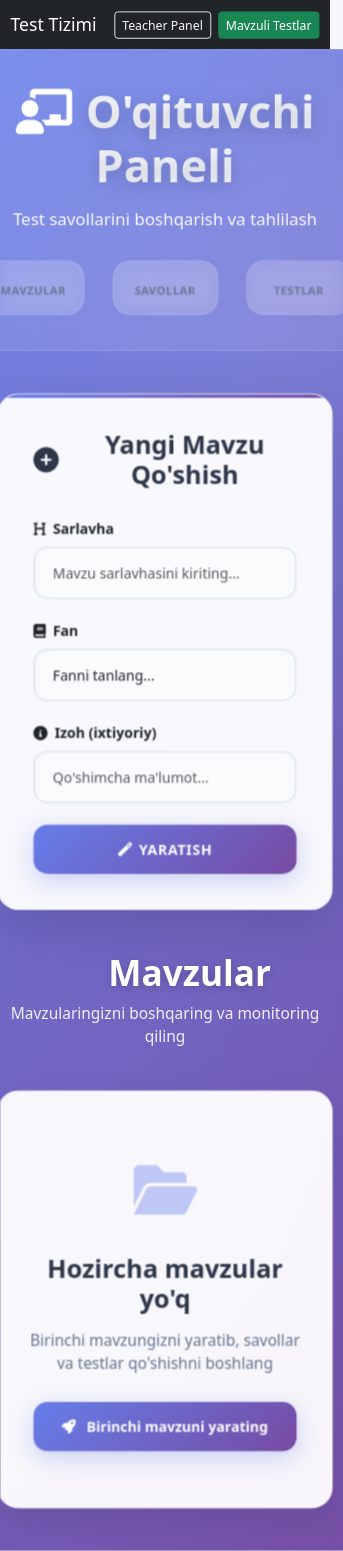
Repository: Shaxobiddin-Github/KatDPI_test
Page: backend/main/templates/topic_panel/dashboard.html
An editor plug-in stored every save of this project. The page is shown before and after the next save, followed by the edit.
The browser window is 375 px wide. The page is 390 px wide, so the pictures cover 390 px, including what lies to the right of the window. The pictures show the whole page, at 88% of full size.
The template is drawn by Django 5.2. The application's start-up code is not run. Other server files are loaded and not shown. The template is opened directly, without the code that normally fills it, so the values that code supplies are empty.

Above is the page before, as saved 2025-09-26 16:12:24.

### backend/main/templates/topic_panel/dashboard.html
{% extends 'base.html' %}
{% load static %}
{% block head_extra %}
<style>
  .teacher-dashboard {
    background: linear-gradient(135deg, #667eea 0%, #764ba2 100%);
    min-height: 100vh;
    margin: -1.5rem -15px 0 -15px;
    padding: 0;
    position: relative;
    overflow-x: hidden;
  }

  .teacher-dashboard::before {
    content: '';
    position: absolute;
    top: 0;
    left: 0;
    right: 0;
    bottom: 0;
    background:
      radial-gradient(circle at 20% 80%, rgba(120, 119, 198, 0.3) 0%, transparent 50%),
      radial-gradient(circle at 80% 20%, rgba(255, 255, 255, 0.1) 0%, transparent 50%),
      radial-gradient(circle at 40% 40%, rgba(120, 119, 198, 0.2) 0%, transparent 50%);
    pointer-events: none;
  }

  .dashboard-header {
    background: rgba(255, 255, 255, 0.1);
    backdrop-filter: blur(20px);
    border-bottom: 1px solid rgba(255, 255, 255, 0.2);
    padding: 2.5rem 0;
    color: white;
    position: relative;
    z-index: 1;
  }

  .dashboard-title {
    font-size: 3.2rem;
    font-weight: 800;
    text-align: center;
    margin-bottom: 1rem;
    text-shadow: 0 4px 20px rgba(0,0,0,0.2);
    background: linear-gradient(135deg, #ffffff 0%, #f0f4ff 100%);
    -webkit-background-clip: text;
    -webkit-text-fill-color: transparent;
    background-clip: text;
  }

  .dashboard-subtitle {
    text-align: center;
    font-size: 1.2rem;
    opacity: 0.95;
    font-weight: 400;
    margin-bottom: 1.5rem;
  }

  .dashboard-stats {
    display: flex;
    justify-content: center;
    gap: 2rem;
    margin-top: 2rem;
  }

  .stat-item {
    text-align: center;
    background: rgba(255, 255, 255, 0.15);
    padding: 1rem 1.5rem;
    border-radius: 20px;
    backdrop-filter: blur(10px);
    border: 1px solid rgba(255, 255, 255, 0.2);
    min-width: 120px;
  }

  .stat-number {
    font-size: 2rem;
    font-weight: 700;
    display: block;
    margin-bottom: 0.25rem;
  }

  .stat-label {
    font-size: 0.9rem;
    opacity: 0.9;
  }
  .main-content {
    padding: 3rem 0;
    position: relative;
    z-index: 1;
  }

  .create-form-card {
    background: rgba(255, 255, 255, 0.95);
    backdrop-filter: blur(20px);
    border-radius: 24px;
    padding: 2.5rem;
    margin-bottom: 3rem;
    box-shadow: 0 20px 60px rgba(0, 0, 0, 0.15);
    border: 1px solid rgba(255, 255, 255, 0.3);
    position: relative;
    overflow: hidden;
  }

  .create-form-card::before {
    content: '';
    position: absolute;
    top: 0;
    left: 0;
    right: 0;
    height: 4px;
    background: linear-gradient(135deg, #667eea 0%, #764ba2 100%);
  }

  .form-title {
    font-size: 1.8rem;
    font-weight: 700;
    color: #2d3748;
    margin-bottom: 2rem;
    display: flex;
    align-items: center;
    gap: 1rem;
    text-align: center;
    justify-content: center;
  }

  .form-control-modern {
    border: 2px solid #e2e8f0;
    border-radius: 16px;
    padding: 1rem 1.25rem;
    font-size: 1rem;
    transition: all 0.3s ease;
    background: rgba(248, 250, 252, 0.8);
    backdrop-filter: blur(10px);
  }

  .form-control-modern:focus {
    border-color: #667eea;
    box-shadow: 0 0 0 4px rgba(102, 126, 234, 0.15);
    background: rgba(255, 255, 255, 0.95);
    outline: none;
    transform: translateY(-1px);
  }

  .btn-create {
    background: linear-gradient(135deg, #667eea, #764ba2);
    border: none;
    border-radius: 16px;
    padding: 1rem 2rem;
    color: white;
    font-weight: 700;
    transition: all 0.3s ease;
    text-transform: uppercase;
    letter-spacing: 0.8px;
    box-shadow: 0 8px 25px rgba(102, 126, 234, 0.3);
  }

  .btn-create:hover {
    transform: translateY(-3px);
    box-shadow: 0 12px 35px rgba(102, 126, 234, 0.5);
    color: white;
  }

  .btn-create:active {
    transform: translateY(-1px);
  }
  .topics-section {
    position: relative;
  }

  .section-header {
    text-align: center;
    margin-bottom: 3rem;
  }

  .section-title {
    font-size: 2.5rem;
    font-weight: 700;
    color: white;
    margin-bottom: 0.5rem;
    text-shadow: 0 2px 10px rgba(0,0,0,0.2);
  }

  .section-subtitle {
    font-size: 1.1rem;
    color: rgba(255, 255, 255, 0.9);
    font-weight: 300;
  }

  .topics-grid {
    display: grid;
    grid-template-columns: repeat(auto-fill, minmax(350px, 1fr));
    gap: 2rem;
    margin-bottom: 3rem;
  }

  .topic-card {
    background: rgba(255, 255, 255, 0.95);
    backdrop-filter: blur(20px);
    border-radius: 24px;
    padding: 2rem;
    border: 1px solid rgba(255, 255, 255, 0.3);
    box-shadow: 0 15px 40px rgba(0, 0, 0, 0.1);
    transition: all 0.4s cubic-bezier(0.175, 0.885, 0.32, 1.275);
    position: relative;
    overflow: hidden;
  }

  .topic-card::before {
    content: '';
    position: absolute;
    top: 0;
    left: 0;
    right: 0;
    height: 4px;
    background: linear-gradient(135deg, #667eea 0%, #764ba2 100%);
    transform: scaleX(0);
    transition: transform 0.3s ease;
  }

  .topic-card:hover {
    transform: translateY(-8px) scale(1.02);
    box-shadow: 0 25px 60px rgba(0, 0, 0, 0.2);
  }

  .topic-card:hover::before {
    transform: scaleX(1);
  }

  .topic-header {
    display: flex;
    align-items: center;
    justify-content: space-between;
    margin-bottom: 1.5rem;
  }

  .topic-id {
    background: linear-gradient(135deg, #667eea, #764ba2);
    color: white;
    padding: 0.5rem 1rem;
    border-radius: 20px;
    font-weight: 700;
    font-size: 0.9rem;
    min-width: 50px;
    text-align: center;
    box-shadow: 0 4px 15px rgba(102, 126, 234, 0.3);
  }

  .topic-subject {
    background: rgba(102, 126, 234, 0.1);
    color: #667eea;
    padding: 0.4rem 1rem;
    border-radius: 15px;
    font-size: 0.85rem;
    font-weight: 600;
  }

  .topic-title {
    font-size: 1.4rem;
    font-weight: 700;
    color: #2d3748;
    margin-bottom: 1rem;
    line-height: 1.3;
  }

  .topic-title a {
    color: inherit;
    text-decoration: none;
    transition: color 0.3s ease;
  }

  .topic-title a:hover {
    color: #667eea;
  }

  .topic-description {
    color: #64748b;
    font-size: 0.95rem;
    line-height: 1.5;
    margin-bottom: 1.5rem;
  }

  .topic-stats {
    display: grid;
    grid-template-columns: repeat(3, 1fr);
    gap: 1rem;
    margin-bottom: 1.5rem;
  }

  .stat-item-card {
    background: rgba(248, 250, 252, 0.8);
    border: 1px solid rgba(226, 232, 240, 0.5);
    border-radius: 12px;
    padding: 1rem;
    text-align: center;
    transition: all 0.3s ease;
  }

  .stat-item-card:hover {
    background: rgba(102, 126, 234, 0.05);
    border-color: rgba(102, 126, 234, 0.2);
    transform: translateY(-2px);
  }

  .stat-number {
    font-size: 1.5rem;
    font-weight: 700;
    color: #2d3748;
    display: block;
    margin-bottom: 0.25rem;
  }

  .stat-label {
    font-size: 0.8rem;
    color: #64748b;
    text-transform: uppercase;
    letter-spacing: 0.5px;
    font-weight: 600;
  }

  .topic-actions {
    display: flex;
    gap: 0.75rem;
  }

  .action-btn {
    flex: 1;
    padding: 0.75rem 1rem;
    border: none;
    border-radius: 12px;
    font-weight: 600;
    font-size: 0.9rem;
    text-decoration: none;
    text-align: center;
    transition: all 0.3s ease;
    display: flex;
    align-items: center;
    justify-content: center;
    gap: 0.5rem;
  }

  .btn-manage {
    background: linear-gradient(135deg, #667eea, #764ba2);
    color: white;
    box-shadow: 0 4px 15px rgba(102, 126, 234, 0.3);
  }

  .btn-manage:hover {
    transform: translateY(-2px);
    box-shadow: 0 6px 20px rgba(102, 126, 234, 0.5);
    color: white;
  }

  .btn-stats {
    background: rgba(16, 185, 129, 0.1);
    color: #10b981;
    border: 1px solid rgba(16, 185, 129, 0.2);
  }

  .btn-stats:hover {
    background: rgba(16, 185, 129, 0.15);
    transform: translateY(-2px);
    color: #059669;
  }

  .video-indicator {
    position: absolute;
    top: 1rem;
    right: 1rem;
    width: 12px;
    height: 12px;
    border-radius: 50%;
    box-shadow: 0 2px 8px rgba(0,0,0,0.2);
  }

  .video-yes {
    background: #10b981;
  }

  .video-no {
    background: #ef4444;
  }
  .empty-state {
    text-align: center;
    padding: 4rem 2rem;
    background: rgba(255, 255, 255, 0.95);
    backdrop-filter: blur(20px);
    border-radius: 24px;
    border: 1px solid rgba(255, 255, 255, 0.3);
    box-shadow: 0 15px 40px rgba(0, 0, 0, 0.1);
  }

  .empty-icon {
    font-size: 4rem;
    margin-bottom: 1.5rem;
    color: rgba(102, 126, 234, 0.4);
  }

  .empty-title {
    font-size: 1.8rem;
    font-weight: 700;
    margin-bottom: 1rem;
    color: #2d3748;
  }

  .empty-description {
    font-size: 1.1rem;
    color: #64748b;
    margin-bottom: 2rem;
  }

  .btn-get-started {
    background: linear-gradient(135deg, #667eea, #764ba2);
    color: white;
    padding: 1rem 2rem;
    border: none;
    border-radius: 16px;
    font-weight: 700;
    font-size: 1rem;
    text-decoration: none;
    display: inline-flex;
    align-items: center;
    gap: 0.75rem;
    transition: all 0.3s ease;
    box-shadow: 0 8px 25px rgba(102, 126, 234, 0.3);
  }

  .btn-get-started:hover {
    transform: translateY(-3px);
    box-shadow: 0 12px 35px rgba(102, 126, 234, 0.5);
    color: white;
  }
  /* Animation styles */
  .fade-in {
    animation: fadeIn 0.6s ease-out;
  }

  .slide-up {
    animation: slideUp 0.6s ease-out;
  }

  .stagger-animation {
    animation: slideUp 0.6s ease-out;
  }

  @keyframes fadeIn {
    from { opacity: 0; }
    to { opacity: 1; }
  }

  @keyframes slideUp {
    from {
      opacity: 0;
      transform: translateY(30px);
    }
    to {
      opacity: 1;
      transform: translateY(0);
    }
  }
  .loading-overlay {
    position: fixed;
    top: 0;
    left: 0;
    right: 0;
    bottom: 0;
    background: rgba(255, 255, 255, 0.9);
    display: flex;
    align-items: center;
    justify-content: center;
    z-index: 9999;
    opacity: 0;
    visibility: hidden;
    transition: all 0.3s ease;
  }
  .loading-overlay.show {
    opacity: 1;
    visibility: visible;
  }
  .spinner {
    width: 50px;
    height: 50px;
    border: 4px solid #e2e8f0;
    border-left: 4px solid #667eea;
    border-radius: 50%;
    animation: spin 1s linear infinite;
  }
  @keyframes spin {
    to { transform: rotate(360deg); }
  }
  .success-message {
    background: linear-gradient(135deg, #48bb78, #38a169);
    color: white;
    padding: 1rem 1.5rem;
    border-radius: 12px;
    margin-bottom: 1rem;
    display: none;
    align-items: center;
    gap: 0.8rem;
  }
</style>
{% endblock %}
{% block content %}
<div class="teacher-dashboard">
  <div class="dashboard-header fade-in">
    <div class="container">
      <h1 class="dashboard-title">
        <i class="fas fa-chalkboard-teacher me-3"></i>O'qituvchi Paneli
      </h1>
      <p class="dashboard-subtitle">Test savollarini boshqarish va tahlilash</p>

      <div class="dashboard-stats">
        <div class="stat-item">
          <span class="stat-number">{{ topics.count }}</span>
          <small class="stat-label">Mavzular</small>
        </div>
        <div class="stat-item">
          <span class="stat-number">{% for t in topics %}{{ t.questions.count }}{% if not forloop.last %}+{% endif %}{% endfor %}</span>
          <small class="stat-label">Savollar</small>
        </div>
        <div class="stat-item">
          <span class="stat-number">{% for t in topics %}{{ t.tests.count }}{% if not forloop.last %}+{% endif %}{% endfor %}</span>
          <small class="stat-label">Testlar</small>
        </div>
      </div>
    </div>
  </div>

  <div class="main-content">
    <div class="container">
      <div id="successMessage" class="success-message">
        <i class="fas fa-check-circle"></i>
        <span>Mavzu muvaffaqiyatli qo'shildi!</span>
      </div>

      <div class="create-form-card slide-up">
        <h3 class="form-title">
          <i class="fas fa-plus-circle"></i>
          Yangi Mavzu Qo'shish
        </h3>
        <form id="createTopicForm" class="row g-4">
          <div class="col-md-4">
            <label class="form-label fw-semibold text-dark">
              <i class="fas fa-heading me-2"></i>Sarlavha
            </label>
            <input name="title" class="form-control form-control-modern" placeholder="Mavzu sarlavhasini kiriting..." required>
          </div>
          <div class="col-md-4">
            <label class="form-label fw-semibold text-dark">
              <i class="fas fa-book me-2"></i>Fan
            </label>
            <select name="subject_id" class="form-control form-control-modern" required>
              <option value="" disabled selected>Fanni tanlang...</option>
              {% for s in subjects %}
                <option value="{{ s.id }}">{{ s.name }}</option>
              {% endfor %}
            </select>
          </div>
          <div class="col-md-3">
            <label class="form-label fw-semibold text-dark">
              <i class="fas fa-info-circle me-2"></i>Izoh (ixtiyoriy)
            </label>
            <input name="description" class="form-control form-control-modern" placeholder="Qo'shimcha ma'lumot...">
          </div>
          <div class="col-md-1 d-flex align-items-end">
            <button type="submit" class="btn btn-create w-100">
              <i class="fas fa-magic me-2"></i>Yaratish
            </button>
          </div>
        </form>
      </div>

      <div class="topics-section">
        <div class="section-header slide-up">
          <h2 class="section-title">
            <i class="fas fa-layers me-3"></i>Mavzular
          </h2>
          <p class="section-subtitle">Mavzularingizni boshqaring va monitoring qiling</p>
        </div>

        {% if topics %}
          <div class="topics-grid" id="topicsGrid">
            {% for t in topics %}
            <div class="topic-card stagger-animation" style="animation-delay: {{ forloop.counter0|floatformat:1 }}00ms;">
              <div class="video-indicator {% if t.intro_video %}video-yes{% else %}video-no{% endif %}"
                   title="{% if t.intro_video %}Video mavjud{% else %}Video yo'q{% endif %}"></div>

              <div class="topic-header">
                <div class="topic-id">#{{ t.id }}</div>
                <div class="topic-subject">{{ t.subject.name }}</div>
              </div>

              <h3 class="topic-title">
                <a href="{% url 'topic:topic_manage' t.id %}">{{ t.title }}</a>
              </h3>

              {% if t.description %}
                <p class="topic-description">{{ t.description|truncatechars:80 }}</p>
              {% endif %}

              <div class="topic-stats">
                <div class="stat-item-card">
                  <div class="stat-number">{{ t.questions.count }}</div>
                  <div class="stat-label">Savollar</div>
                </div>
                <div class="stat-item-card">
                  <div class="stat-number">{{ t.tests.count }}</div>
                  <div class="stat-label">Testlar</div>
                </div>
                <div class="stat-item-card">
                  <div class="stat-number">0</div>
                  <div class="stat-label">Natijalar</div>
                </div>
              </div>

              <div class="topic-actions">
                <a href="{% url 'topic:topic_manage' t.id %}" class="action-btn btn-manage">
                  <i class="fas fa-cog"></i>
                  Boshqarish
                </a>
                <a href="#" class="action-btn btn-stats">
                  <i class="fas fa-chart-bar"></i>
                  Statistika
                </a>
              </div>
            </div>
            {% endfor %}
          </div>
        {% else %}
          <div class="empty-state slide-up">
            <div class="empty-icon">
              <i class="fas fa-folder-open"></i>
            </div>
            <h3 class="empty-title">Hozircha mavzular yo'q</h3>
            <p class="empty-description">
              Birinchi mavzungizni yaratib, savollar va testlar qo'shishni boshlang
            </p>
            <a href="#createTopicForm" class="btn-get-started" onclick="scrollToForm()">
              <i class="fas fa-rocket"></i>
              Birinchi mavzuni yarating
            </a>
          </div>
        {% endif %}
      </div>
    </div>
  </div>
</div>

<div id="loadingOverlay" class="loading-overlay">
  <div class="spinner"></div>
</div>

<!-- FontAwesome icons -->
<script src="https://cdnjs.cloudflare.com/ajax/libs/font-awesome/6.0.0/js/all.min.js"></script>
<script>
const form = document.getElementById('createTopicForm');
const loadingOverlay = document.getElementById('loadingOverlay');
const successMessage = document.getElementById('successMessage');

form.addEventListener('submit', async (e) => {
  e.preventDefault();

  // Show loading
  loadingOverlay.classList.add('show');

  const fd = new FormData(form);

  try {
    const resp = await fetch('{% url 'topic:create_topic' %}', {
      method: 'POST',
      headers: {'X-CSRFToken': getCsrf()},
      body: fd
    });
    const data = await resp.json();

    if (data.id) {
      // Show success message
      successMessage.style.display = 'flex';
      form.reset();

      // Hide success message after 3 seconds
      setTimeout(() => {
        successMessage.style.display = 'none';
      }, 3000);

      // Reload after short delay
      setTimeout(() => {
        location.reload();
      }, 1000);
    } else {
      alert(data.error || 'Xato yuz berdi!');
    }
  } catch (error) {
    alert('Tarmoq xatosi yuz berdi!');
  } finally {
    // Hide loading
    loadingOverlay.classList.remove('show');
  }
});

function getCsrf() {
  return document.cookie.split('; ').find(r => r.startsWith('csrftoken='))?.split('=')[1];
}

// Add hover effects to table rows
document.addEventListener('DOMContentLoaded', function() {
  const tableRows = document.querySelectorAll('#topicsTable tbody tr');
  tableRows.forEach(row => {
    row.addEventListener('mouseenter', function() {
      this.style.transform = 'scale(1.02)';
    });
    row.addEventListener('mouseleave', function() {
      this.style.transform = 'scale(1)';
    });
  });
});
</script>
{% endblock %}

### backend/main/templates/base.html
<!DOCTYPE html>
<html lang="uz">
<head>
	<meta charset="UTF-8">
	<meta name="viewport" content="width=device-width,initial-scale=1">
	<title>{% block title %}Panel{% endblock %}</title>
	<link href="https://cdn.jsdelivr.net/npm/bootstrap@5.3.3/dist/css/bootstrap.min.css" rel="stylesheet">
	{% block head_extra %}{% endblock %}
	<style>
		body { background:#f5f7fb; font-family: system-ui, Arial, sans-serif; }
		nav.navbar { margin-bottom: 1.5rem; }
	</style>
</head>
<body>
	<nav class="navbar navbar-expand-lg navbar-dark bg-dark">
		<div class="container-fluid">
			<a class="navbar-brand" href="/">Test Tizimi</a>
			{% if request.user.is_authenticated and request.user.role == 'student' %}
				<div class="ms-auto d-flex align-items-center gap-2">
					<a class="btn btn-sm btn-primary" href="/api/topic-panel/student/panel/">Mening Testlarim</a>
					<a class="btn btn-sm btn-outline-light" href="{% url 'common_logout' %}">Chiqish</a>
				</div>
			{% else %}
				<div class="d-flex gap-2">
					<a class="btn btn-sm btn-outline-light" href="/api/teacher-panel/dashboard/">Teacher Panel</a>
					<a class="btn btn-sm btn-success" href="/api/topic-panel/dashboard/">Mavzuli Testlar</a>
				</div>
			{% endif %}
		</div>
	</nav>
	<main>
		{% block content %}{% endblock %}
	</main>
	<script src="https://cdn.jsdelivr.net/npm/bootstrap@5.3.3/dist/js/bootstrap.bundle.min.js"></script>
	{% block scripts %}{% endblock %}
</body>
</html>

After the next save:
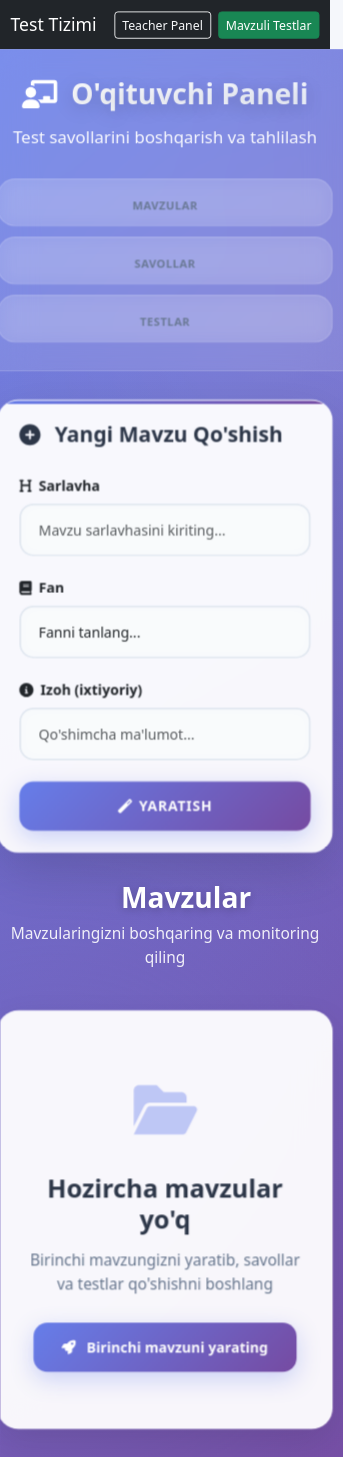
Saved 14 s later.
--- a/backend/main/templates/topic_panel/dashboard.html
+++ b/backend/main/templates/topic_panel/dashboard.html
@@ -455,6 +455,84 @@
     to {
       opacity: 1;
       transform: translateY(0);
+    }
+  }
+
+  /* Responsive Design */
+  @media (max-width: 1200px) {
+    .topics-grid {
+      grid-template-columns: repeat(auto-fill, minmax(300px, 1fr));
+    }
+  }
+
+  @media (max-width: 768px) {
+    .dashboard-title {
+      font-size: 2.5rem;
+    }
+
+    .dashboard-stats {
+      flex-direction: row;
+      gap: 1rem;
+    }
+
+    .stat-item {
+      min-width: 100px;
+      padding: 0.75rem 1rem;
+    }
+
+    .topics-grid {
+      grid-template-columns: 1fr;
+      gap: 1.5rem;
+    }
+
+    .create-form-card {
+      padding: 2rem;
+    }
+
+    .form-title {
+      font-size: 1.5rem;
+      text-align: left;
+      justify-content: flex-start;
+    }
+
+    .topic-actions {
+      flex-direction: column;
+    }
+
+    .section-title {
+      font-size: 2rem;
+    }
+  }
+
+  @media (max-width: 576px) {
+    .dashboard-header {
+      padding: 2rem 0;
+    }
+
+    .dashboard-title {
+      font-size: 2rem;
+    }
+
+    .dashboard-stats {
+      flex-direction: column;
+      gap: 0.75rem;
+    }
+
+    .create-form-card {
+      padding: 1.5rem;
+      margin-bottom: 2rem;
+    }
+
+    .topic-card {
+      padding: 1.5rem;
+    }
+
+    .topic-stats {
+      grid-template-columns: repeat(2, 1fr);
+    }
+
+    .main-content {
+      padding: 2rem 0;
     }
   }
   .loading-overlay {
